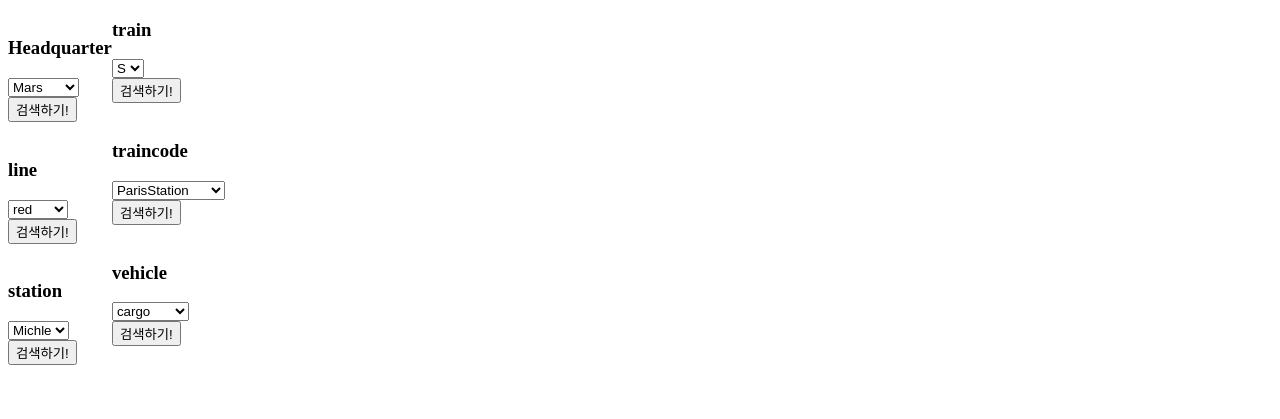
Repository: CISXO/JSP
Page: http://localhost/DB_Project/DB/Search.jsp
An editor plug-in stored every save of this project. The page is shown before and after the next save, followed by the edit.
The browser window is 1280 px wide. The pictures show the whole page.
The page is served by Tomcat 9.

Above is the page before, as saved 2022-12-23 09:37:46.

After the next save:
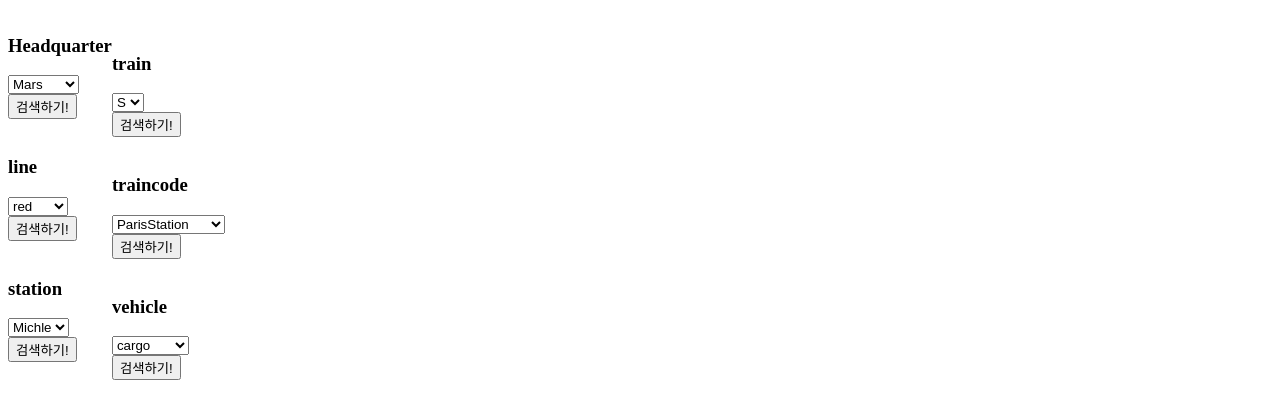
Saved 25 s later.
--- a/DbProject/DB_Project/src/main/webapp/DB/Search.jsp
+++ b/DbProject/DB_Project/src/main/webapp/DB/Search.jsp
@@ -60,6 +60,7 @@
         </form>
         <br>
         </div>
+        <p><br></p>
         <div>
          <form action="train.jsp" method="get">
        <div class="row">
